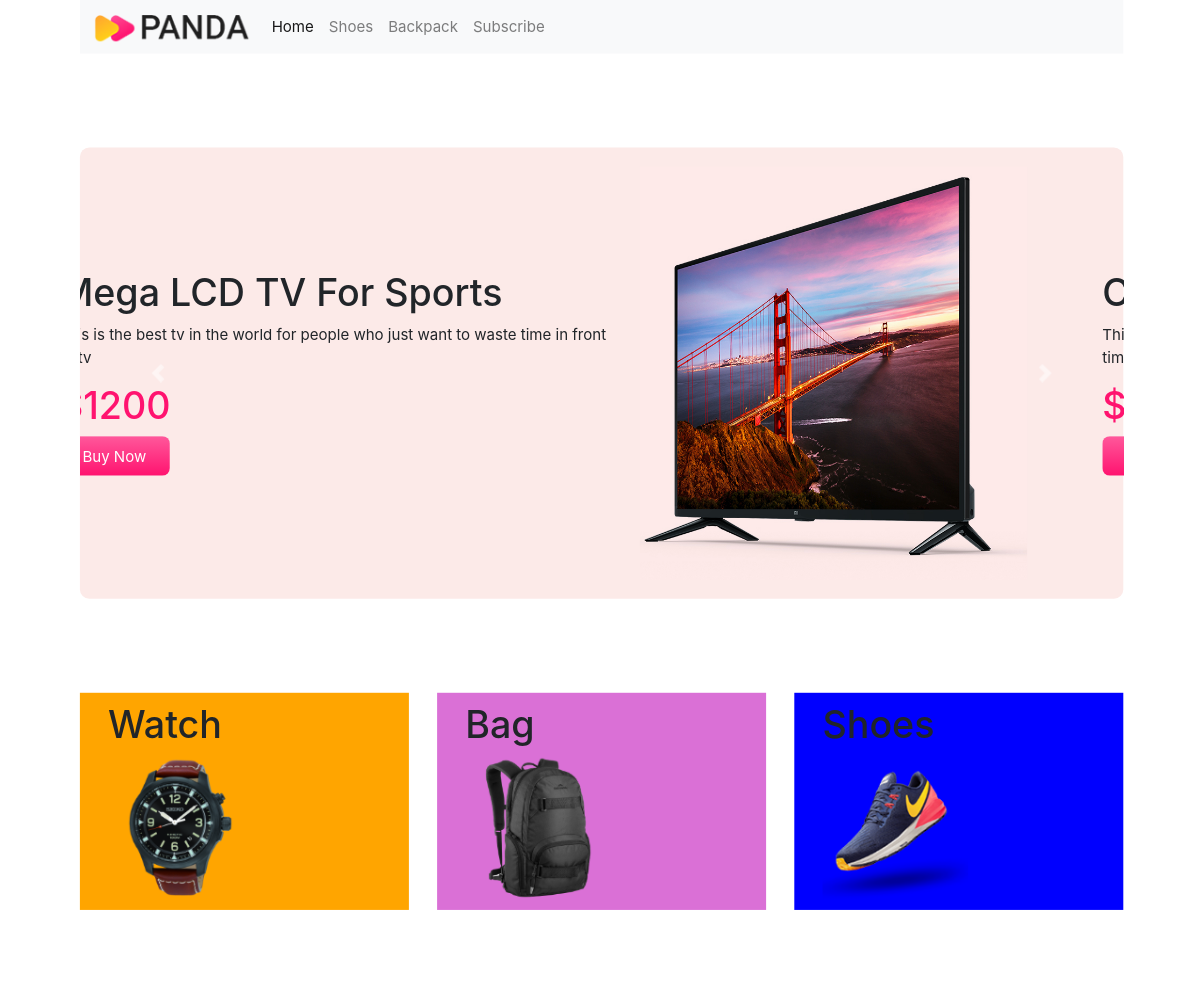
Repository: mohsinfarabi/panda-commerce
Page: index.html
The author's editor kept a copy of each file at every save. The page is drawn from the files as they stood at one save, then again after the next save.
The browser window is 1280 px wide. The pictures show the whole page, at 94% of full size.

Above is the page before, as saved 2020-07-07 02:53:08.

### index.html
<!DOCTYPE html>
<html lang="en">

<head>
    <meta charset="UTF-8">
    <meta name="viewport" content="width=device-width, initial-scale=1.0">
    <title>Panda Commerce</title>
    <link rel="stylesheet" href="css/bootstrap/css/bootstrap.min.css">
    <link rel="stylesheet" href="style.css">
</head>

<body>
    <div class="container">
        <nav class="navbar navbar-expand-lg navbar-light bg-light">
            <a class="navbar-brand" href="#"><img src="images/logo.png" alt=""></a>
            <button class="navbar-toggler" type="button" data-toggle="collapse" data-target="#navbarNav" aria-controls="navbarNav" aria-expanded="false" aria-label="Toggle navigation">
              <span class="navbar-toggler-icon"></span>
            </button>
            <div class="collapse navbar-collapse" id="navbarNav">
                <ul class="navbar-nav">
                    <li class="nav-item active">
                        <a class="nav-link" href="#">Home <span class="sr-only">(current)</span></a>
                    </li>
                    <li class="nav-item">
                        <a class="nav-link" href="#shoes">Shoes</a>
                    </li>
                    <li class="nav-item">
                        <a class="nav-link" href="#backpack">Backpack</a>
                    </li>
                    <li class="nav-item">
                        <a class="nav-link" href="#subscribe">Subscribe</a>
                    </li>
                </ul>
            </div>
        </nav>
    </div>
    <div class="container">
        <div id="carouselExampleControls" class="carousel slide orange-bg" data-ride="carousel">
            <div class="carousel-inner">
                <div class="carousel-item active">
                    <div class="row align-items-center">
                        <div class="col-md-7">
                            <h1>Mega LCD TV For Sports</h1>
                            <p>This is the best tv in the world for people who just want to waste time in front of tv</p>
                            <h1 class="price">$1200</h1>
                            <button class="buy-now-button">Buy Now</button>
                        </div>
                        <div class="col-md-5">
                            <img src="images/banner-images/tv.png" class="d-block w-100" alt="...">
                        </div>
                    </div>
                </div>
                <div class="carousel-item">
                    <div class="row align-items-center">
                        <div class="col-md-7">
                            <h1>Cool Dude Headphone</h1>
                            <p>This is the best headdphone in the world for people who just want to waste time in front of funky world.</p>
                            <h1 class="price">$420</h1>
                            <button class="buy-now-button">Buy Now</button>
                        </div>
                        <div class="col-md-5">
                            <img src="images/banner-images/headphone.png" class="d-block w-100" alt="...">
                        </div>
                    </div>
                </div>
                <div class="carousel-item">
                    <div class="row align-items-center">
                        <div class="col-md-7">
                            <h1>Mega LCD TV For Sports</h1>
                            <p>This is the best x-box in the world for people who just want to waste time in front of fake sports.</p>
                            <h1 class="price">$600</h1>
                            <button class="buy-now-button">Buy Now</button>
                        </div>
                        <div class="col-md-5">
                            <img src="images/banner-images/xbox.png" class="d-block w-100" alt="...">
                        </div>
                    </div>
                </div>
            </div>
            <a class="carousel-control-prev" href="#carouselExampleControls" role="button" data-slide="prev">
                <span class="carousel-control-prev-icon" aria-hidden="true"></span>
                <span class="sr-only">Previous</span>
            </a>
            <a class="carousel-control-next" href="#carouselExampleControls" role="button" data-slide="next">
                <span class="carousel-control-next-icon" aria-hidden="true"></span>
                <span class="sr-only">Next</span>
            </a>
        </div>
    </div>

    <div class="container categories">
        <div class="row">
            <div class="col-md-4">
                <div class="cat1">
                    <h1>Watch</h1>
                    <img src="images/categories/watch.png" alt="">
                </div>
            </div>
            <div class="col-md-4">
                <div class="cat2">
                    <h1>Bag</h1>
                    <img src="images/categories/bag.png" alt="">
                </div>
            </div>
            <div class="col-md-4">
                <div class="cat3">
                    <h1>Shoes</h1>
                    <img src="images/categories/shoes.png" alt="">
                </div>
            </div>
        </div>
    </div>



    <script src="https://code.jquery.com/jquery-3.5.1.slim.min.js" integrity="sha384-DfXdz2htPH0lsSSs5nCTpuj/zy4C+OGpamoFVy38MVBnE+IbbVYUew+OrCXaRkfj" crossorigin="anonymous"></script>
    <script src="https://cdn.jsdelivr.net/npm/popper.js@1.16.0/dist/umd/popper.min.js" integrity="sha384-Q6E9RHvbIyZFJoft+2mJbHaEWldlvI9IOYy5n3zV9zzTtmI3UksdQRVvoxMfooAo" crossorigin="anonymous"></script>
    <script src="https://stackpath.bootstrapcdn.com/bootstrap/4.5.0/js/bootstrap.min.js" integrity="sha384-OgVRvuATP1z7JjHLkuOU7Xw704+h835Lr+6QL9UvYjZE3Ipu6Tp75j7Bh/kR0JKI" crossorigin="anonymous"></script>
</body>

</html>

### style.css
.container {
    margin-bottom: 100px;
}

.orange-bg {
    background-color: #fceae8;
    border-radius: 10px;
}

.carousel-item {
    padding: 20px 40px;
}

.price {
    color: #ff136f;
}

.buy-now-button {
    background-image: linear-gradient(to bottom, #FF589B 0%, #FF136F 100%);
    color: #fff;
    border: none;
    border-radius: 8px;
    padding: 9px 25px;
    cursor: pointer;
}

.cat1,
.cat2,
.cat3 {
    padding: 10px 30px;
}

.cat1 {
    background-color: orange;
}

.cat2 {
    background-color: orchid;
}

.cat3 {
    background-color: blue;
}

Loaded but not shown: css/bootstrap/css/bootstrap.min.css (library)

After the next save:
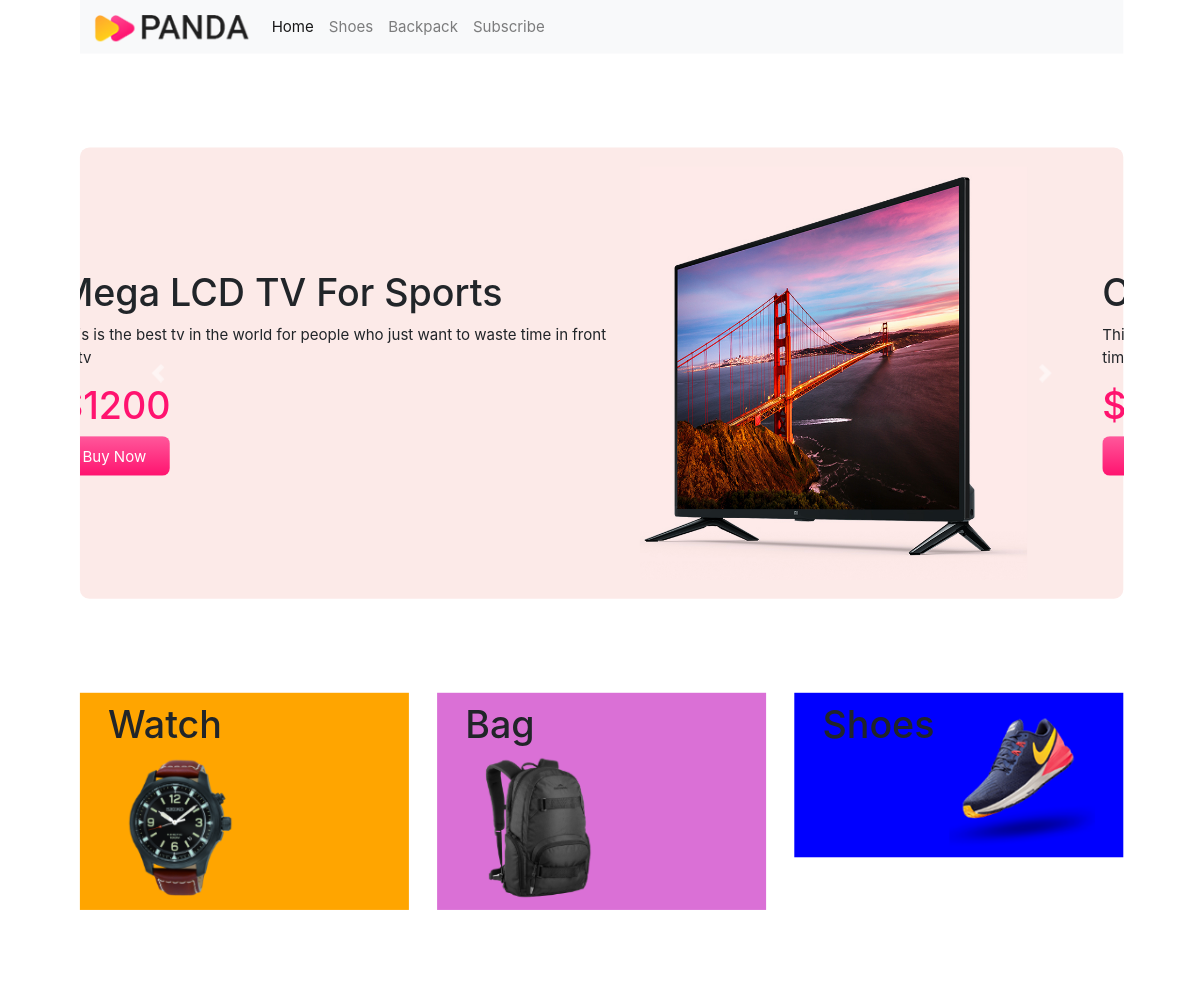
Saved 3 min 47 s later.
--- a/index.html
+++ b/index.html
@@ -103,7 +103,7 @@
                 </div>
             </div>
             <div class="col-md-4">
-                <div class="cat3">
+                <div class="d-flex justify-content-between cat3">
                     <h1>Shoes</h1>
                     <img src="images/categories/shoes.png" alt="">
                 </div>
